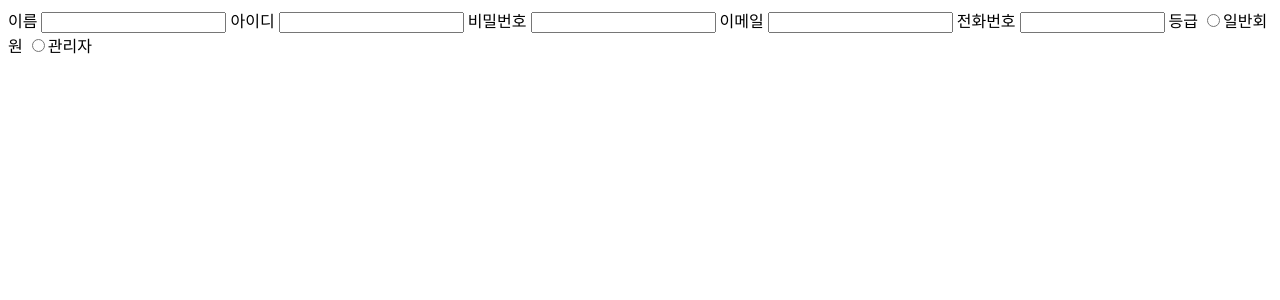
Repository: totesbk/JSP-
Page: http://localhost/web08/form.jsp
The author's editor kept a copy of each file at every save. The page is drawn from the files as they stood at one save, then again after the next save.
The browser window is 1280 px wide. The pictures show the whole page.
The page is served by Tomcat 9.

Above is the page before, as saved 2020-10-13 01:42:04.

### web08/WebContent/form.jsp
<%@ page language="java" contentType="text/html; charset=UTF-8"
pageEncoding="UTF-8"%>
<!DOCTYPE html>
<html>
  <head>
    <meta charset="UTF-8" />
    <title>Insert title here</title>
  </head>
  <body>
   <form action="" method="post">
   		<tr>
   			<td>이름</td>
   			<td><input type="text" name="name" size="20"></td>
   		</tr>
   		<tr>
   			<td>아이디</td>
   			<td><input type="text" name="userid" size="20"></td>
   		</tr>
   		<tr>
   			<td>비밀번호</td>
   			<td><input type="password" name="userpwd" size="20"></td>
   		</tr>

   		<tr>
   			<td>이메일</td>
   			<td><input type="text" name="email" size="20"></td>
   		</tr>

   		<tr>
   			<td>전화번호</td>
   			<td><input type="text" name="phone" size="15"></td>
   		</tr>

   		<tr>
   			<td>등급</td>
   			<td>
   			<input type="radio" name="admin" value="0">일반회원
   			<input type="radio" name="admin" value="1">관리자
   			</td>
   		</tr>



    </form>
  </body>
</html>

After the next save:
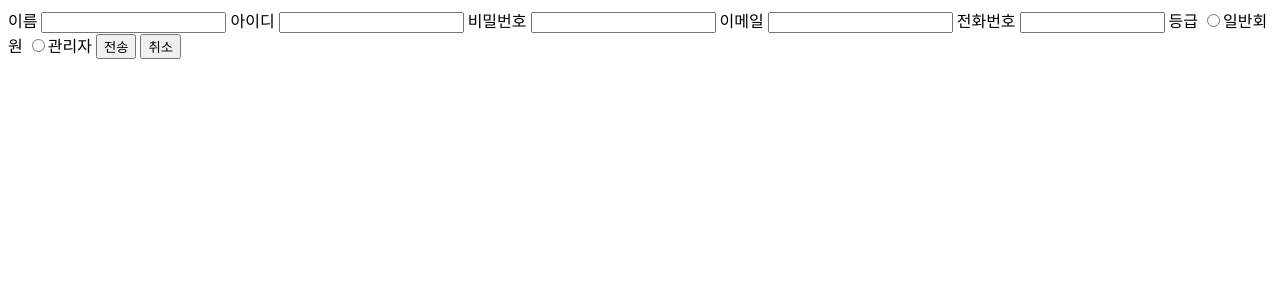
Saved 99 s later.
--- a/web08/WebContent/form.jsp
+++ b/web08/WebContent/form.jsp
@@ -38,6 +38,10 @@
    			<input type="radio" name="admin" value="1">관리자
    			</td>
    		</tr>
+   		<tr>
+   			<td><input type="submit" value="전송"></td>
+   			<td><input type="reset" value="취소"></td>
+   		</tr>
 
 
 
